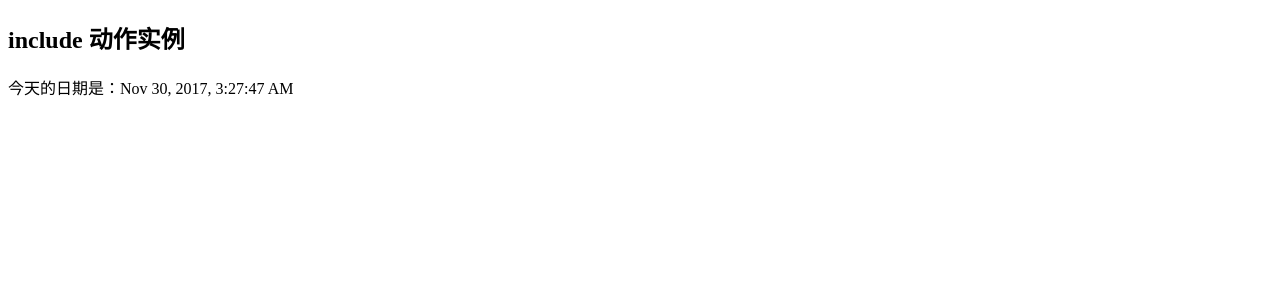
Repository: Cucujn/TRY
Page: http://localhost/weeklyReports/main.jsp
An editor plug-in stored every save of this project. The page is shown before and after a run of saves, followed by the edit.
The browser window is 1280 px wide. The pictures show the whole page.
The page is served by Tomcat 9. Other server files are loaded and not shown.

Above is the page before, as saved 2017-12-02 09:37:30.

### weeklyReports/WebContent/main.jsp
<%@ page language="java" contentType="text/html; charset=UTF-8"
    pageEncoding="UTF-8"%>
<!DOCTYPE html PUBLIC "-//W3C//DTD HTML 4.01 Transitional//EN" "http://www.w3.org/TR/html4/loose.dtd">
<html>
<head>
<meta http-equiv="Content-Type" content="text/html; charset=UTF-8">
<title>主函数</title>
</head>
<body>
<h2>include 动作实例</h2>
<jsp:include page="date.jsp" flush="flush"></jsp:include>
</body>
</html>

### weeklyReports/WebContent/date.jsp
<%@page import="java.util.Date"%>
<%@ page language="java" contentType="text/html; charset=UTF-8"
    pageEncoding="UTF-8"%>
<!DOCTYPE html PUBLIC "-//W3C//DTD HTML 4.01 Transitional//EN" "http://www.w3.org/TR/html4/loose.dtd">
<html>
<head>
<meta http-equiv="Content-Type" content="text/html; charset=UTF-8">
<title>date</title>
</head>
<body>
<p>
 今天的日期是：<%= (new java.util.Date()).toLocaleString()%>
 </p>

### weeklyReports/src/com/weeklyreport/www/TsetBean.java
package com.weeklyreport.www;

public class TsetBean {
	private String message="냈썅컹";
	public String getMessage() {
		return(message);
	}
	public void setMessage(String message) {
		this.message = message;
	}

}

After the next 3 saves:
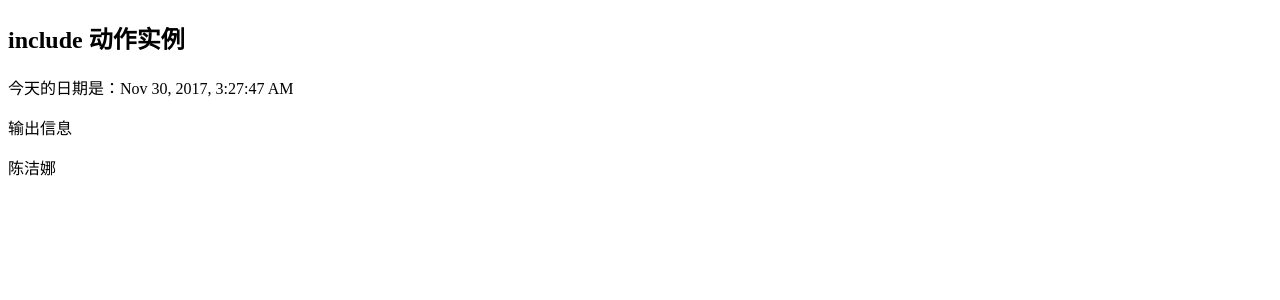
The 3 saves are shown as one change because 2 did not build or start.
The last was saved 106 min 58 s later.
--- a/weeklyReports/WebContent/main.jsp
+++ b/weeklyReports/WebContent/main.jsp
@@ -7,7 +7,13 @@
 <title>主函数</title>
 </head>
 <body>
+<%@ page import="com.weeklyreport.www.TsetBean" %>
 <h2>include 动作实例</h2>
 <jsp:include page="date.jsp" flush="flush"></jsp:include>
+<jsp:useBean id="test" class="com.weeklyreport.www.TsetBean"></jsp:useBean>
+<jsp:setProperty property="message" name="test" value="陈洁娜" />
+
+<p>输出信息</p>
+<jsp:getProperty name="test" property="message" />
 </body>
 </html>
